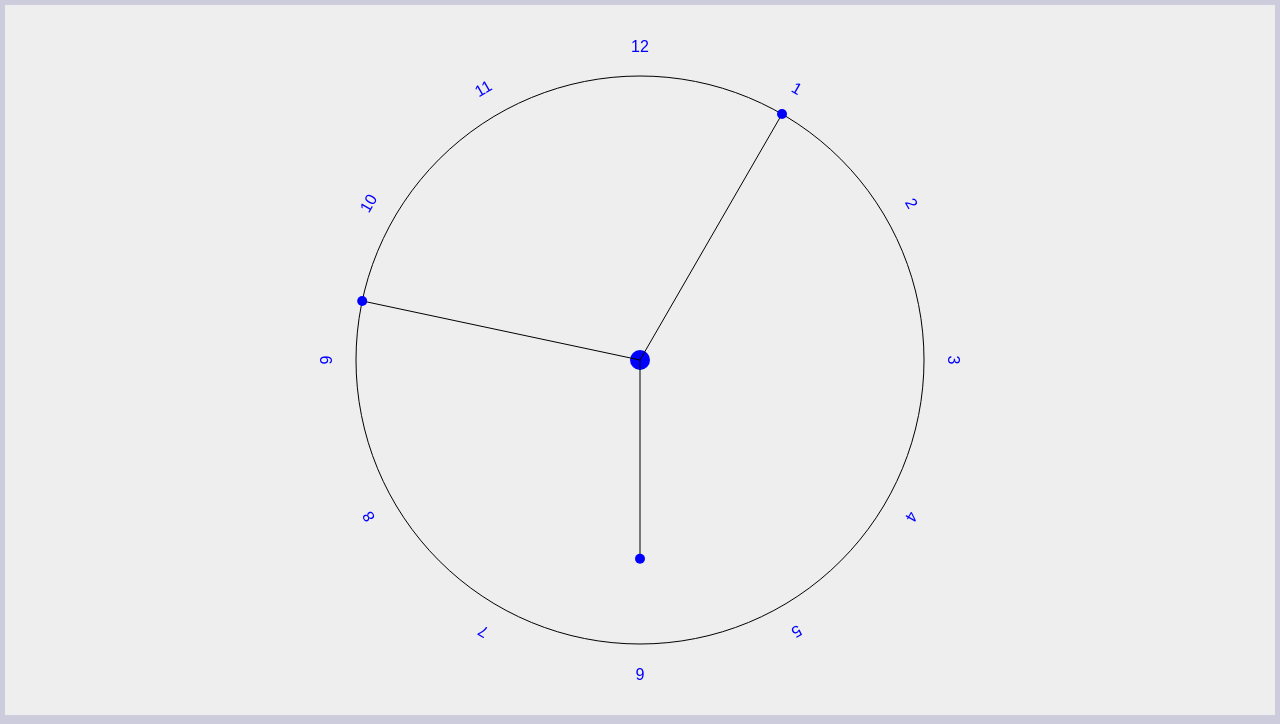
Repository: danielrcardenas/siggraph_examples
Page: workspace/GraphicsExample8/assets/www/index.html
The author's editor kept a copy of each file at every save. The page is drawn from the files as they stood at one save, then again after the next save.
The browser window is 1280 px wide. The pictures show the whole page.

Above is the page before, as saved 2013-07-22 16:30:11.

After the next save:
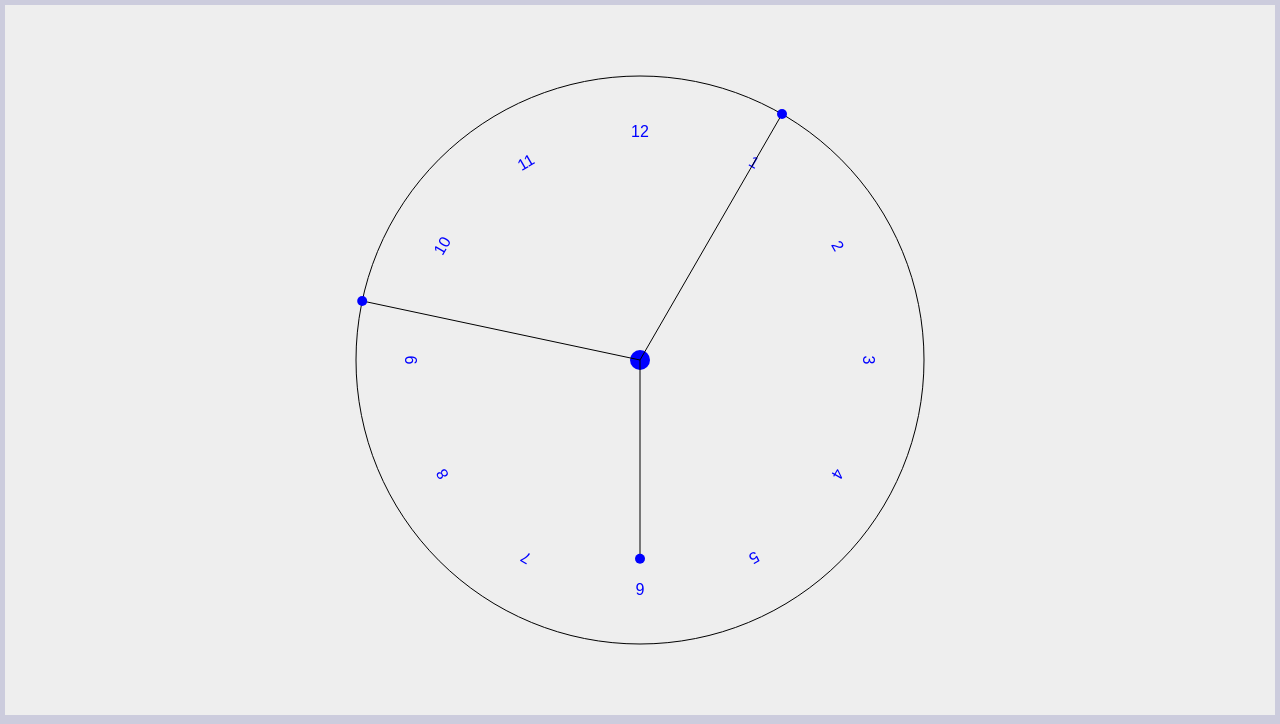
Saved 45 min 6 s later.
--- a/workspace/GraphicsExample8/assets/www/index.html
+++ b/workspace/GraphicsExample8/assets/www/index.html
@@ -27,8 +27,8 @@
 		for (var i = 0; i < 12; i++)
 		{
 			var angle = (i / 12) * (2*Math.PI) - (Math.PI/2);
-			var textX = x + radius * 1.1 * Math.cos (angle);
-			var textY = y + radius * 1.1 * Math.sin (angle)
+			var textX = x + radius * 0.8 * Math.cos (angle);
+			var textY = y + radius * 0.8 * Math.sin (angle)
 			//context.fillText((i == 0 ? "12" : i) , textX, textY);
 
 			// Comment out the above fillText() call and remove the comments from the block below
